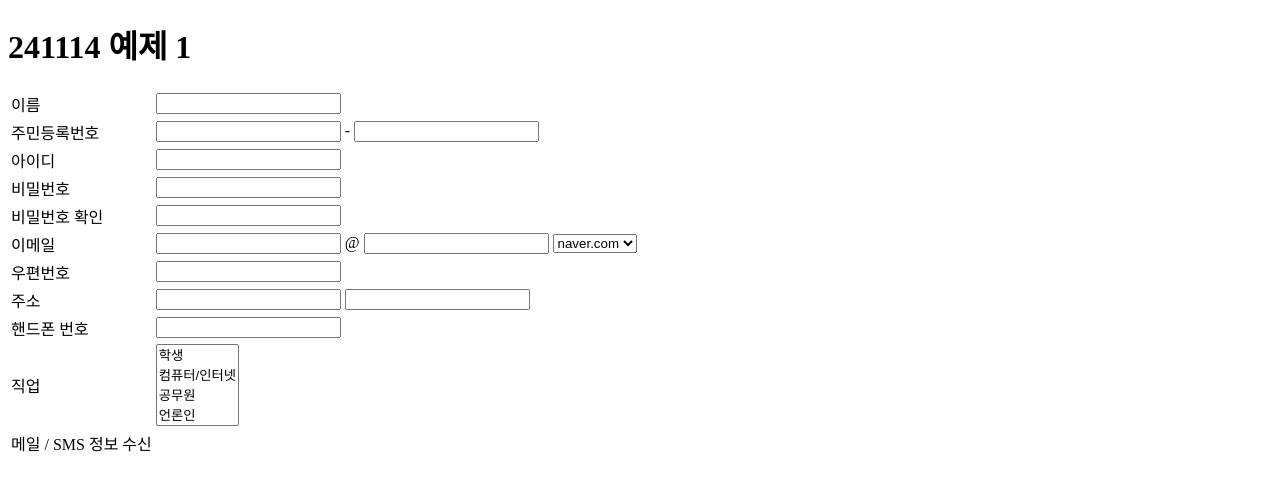
Repository: jsunnypi/JSP
Page: http://localhost/Test/inputForm.jsp
The author's editor kept a copy of each file at every save. The page is drawn from the files as they stood at one save, then again after the next save.
The browser window is 1280 px wide. The pictures show the whole page.
The page is served by Tomcat 9.

Above is the page before, as saved 2024-11-14 03:47:16.

### Test/src/main/webapp/inputForm.jsp
<%@ page language="java" contentType="text/html; charset=UTF-8"
    pageEncoding="UTF-8"%>
<!DOCTYPE html>
<html>
<head>
<meta charset="UTF-8">
<title>Insert title here</title>
</head>
<body>
	<h1>241114 예제 1</h1>
	<form method="post" action="inputlist.jsp">
		<table>
			<tr>
				<td> 이름 </td>
				<td>
					<input type="text" name="name" size="20">
				</td>
			</tr>

			<tr>
				<td> 주민등록번호 </td>
				<td>
					<input type="text" name="bd" size="20">
				</td>
				<td> -
					<input type="password" name="bd" size="20">
				</td>
			</tr>

			<tr>
				<td> 아이디 </td>
				<td>
					<input type="text" name="id" size="20">
				</td>
			</tr>

			<tr>
				<td> 비밀번호 </td>
				<td>
					<input type="password" name="pw" size="20">
				</td>
			</tr>

			<tr>
				<td> 비밀번호 확인 </td>
				<td>
					<input type="password" name="pwcheck" size="20">
				</td>
			</tr>

			<tr>
				<td> 이메일 </td>
				<td>
					<input type="text" name="email" size="20">
				</td>
				<td> @
					<input type="text" name="com" size=20>
				</td>
				<td>
					<select id="email" name="com" size="1">
						<option value="네이버">naver.com</option>
						<option value="다음">daum.net</option>
						<option value="구글">gmail.com</option>
						<option value="네이트">nate.com</option>
					</select>
				</td>
			</tr>

			<tr>
				<td> 우편번호 </td>
				<td>
					<input type="text" name="postnumber" size=20>
				</td>
			</tr>

			<tr>
				<td> 주소 </td>
				<td>
					<input type="text" name="addr" size=20>
				</td>
				<td>
					<input type="text" name="addr2" size=20>
				</td>
			</tr>

			<tr>
				<td> 핸드폰 번호 </td>
				<td>
					<input type="text" name="phone" size=20>
				</td>
			</tr>

			<tr>
				<td> 직업 </td>
				<td>
					<select size="4">
						<option value="학생">학생</option>
						<option value="컴퓨터/인터넷">컴퓨터/인터넷</option>
						<option value="공무원">공무원</option>
						<option value="언론인">언론인</option>

					</select>
				</td>
			</tr>

			<tr>
				<td> 메일 / SMS 정보 수신</td>
			</tr>























		</table>

	</form>

</body>
</html>

After the next save:
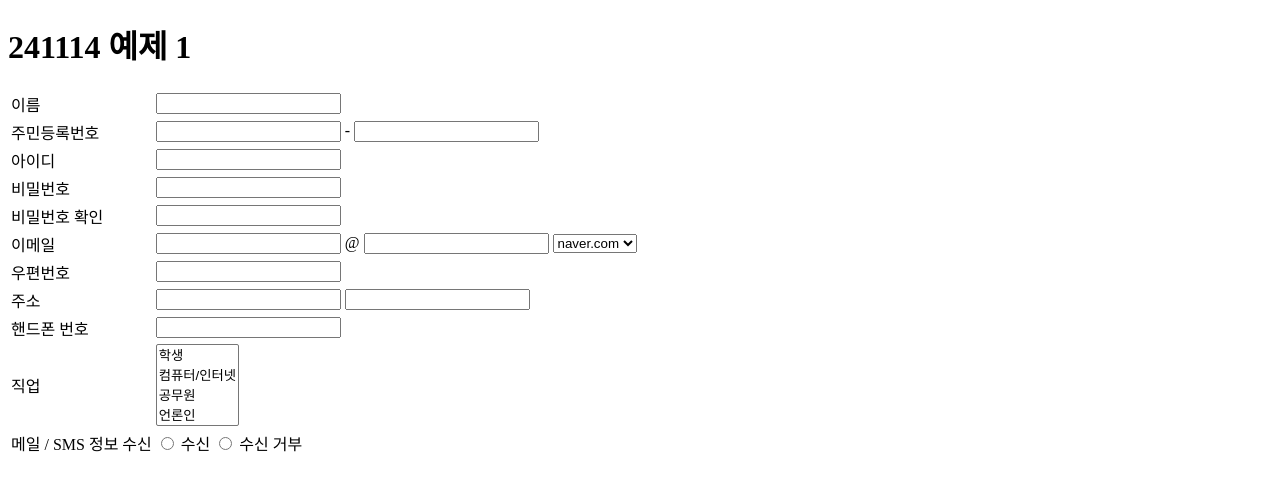
Saved 83 s later.
--- a/Test/src/main/webapp/inputForm.jsp
+++ b/Test/src/main/webapp/inputForm.jsp
@@ -105,6 +105,12 @@
 
 			<tr>
 				<td> 메일 / SMS 정보 수신</td>
+				<td>
+					<input type="radio" name="agree" value="ok"> 수신
+					<input type="radio" name="agree" value="no"> 수신 거부
+
+
+				</td>
 			</tr>
 
 
